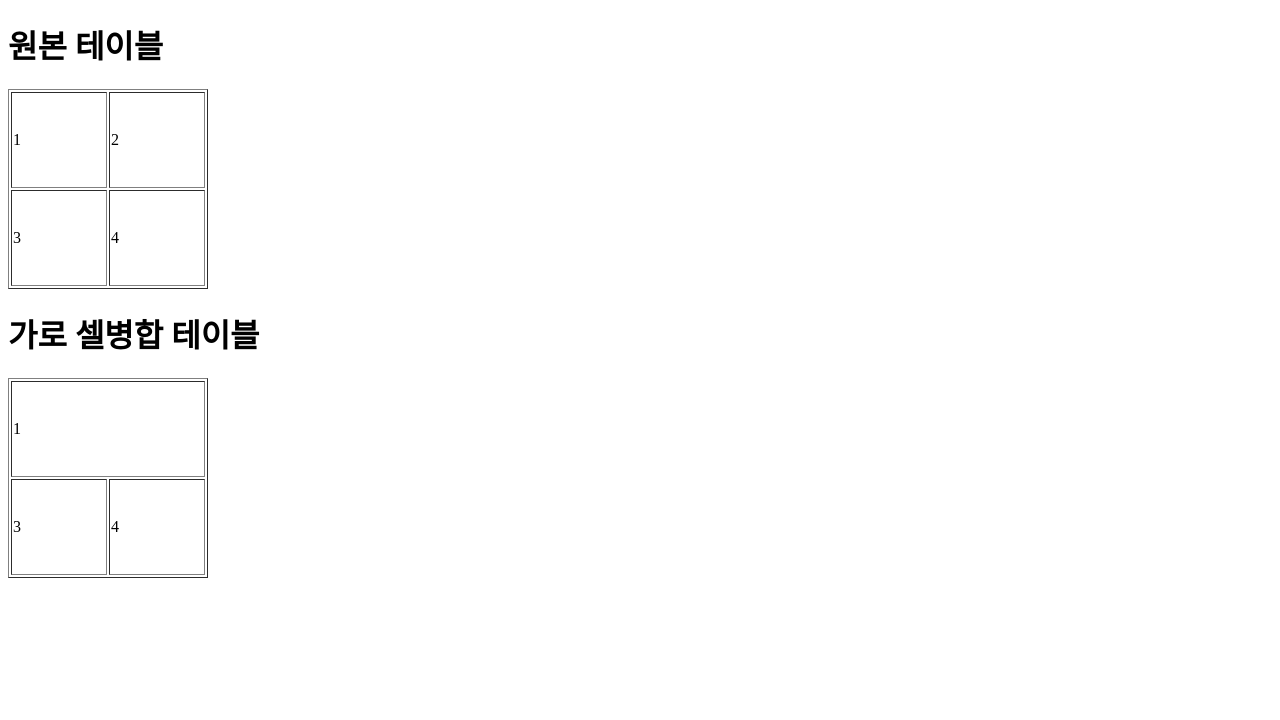
Repository: heoSuKyeong/client_Ssanyong
Page: ClientTest/src/main/webapp/html/ex17_table.html
An editor plug-in stored every save of this project. The page is shown before and after the next save, followed by the edit.
The browser window is 1280 px wide. The pictures show the whole page.

Above is the page before, as saved 2023-09-21 01:24:27.

After the next save:
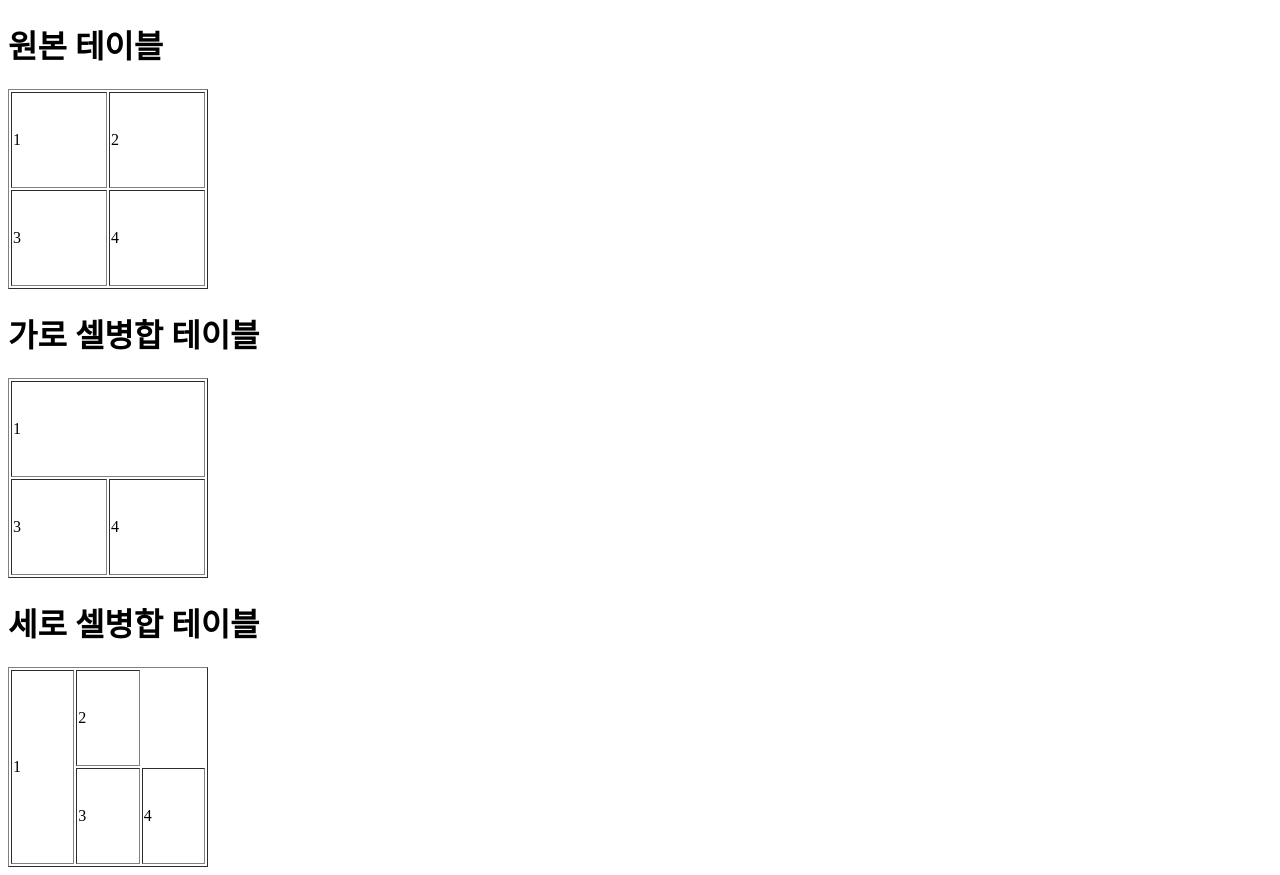
Saved 6 min 49 s later.
--- a/ClientTest/src/main/webapp/html/ex17_table.html
+++ b/ClientTest/src/main/webapp/html/ex17_table.html
@@ -21,12 +21,14 @@
 
 
 	<h1>가로 셀병합 테이블</h1>
-	<!-- 왼쪽  -->
+	<!-- 왼쪽 셀을 기준으로 병합한다.
+	각 <tr>내의 <td>개수는 동일해야 한다.
+	 -->
 	<table border width="200" height="200">
 		<tr>
 			<!--  colspan="1" 기본값 -->
 			<td colspan="2">1</td>
-<!-- 			<td>2</td> -->
+<!-- 			<td>2</td> colspan 설정 후 지우기 -->
 		</tr>
 		<tr>
 			<td>3</td>
@@ -35,5 +37,17 @@
 	</table>
 
 
+	<h1>세로 셀병합 테이블</h1>
+
+	<table border width="200" height="200">
+		<tr>
+			<td rowspan="2">1</td>
+			<td>2</td>
+		</tr>
+		<tr>
+			<td>3</td>
+			<td>4</td>
+		</tr>
+	</table>
 </body>
 </html>
